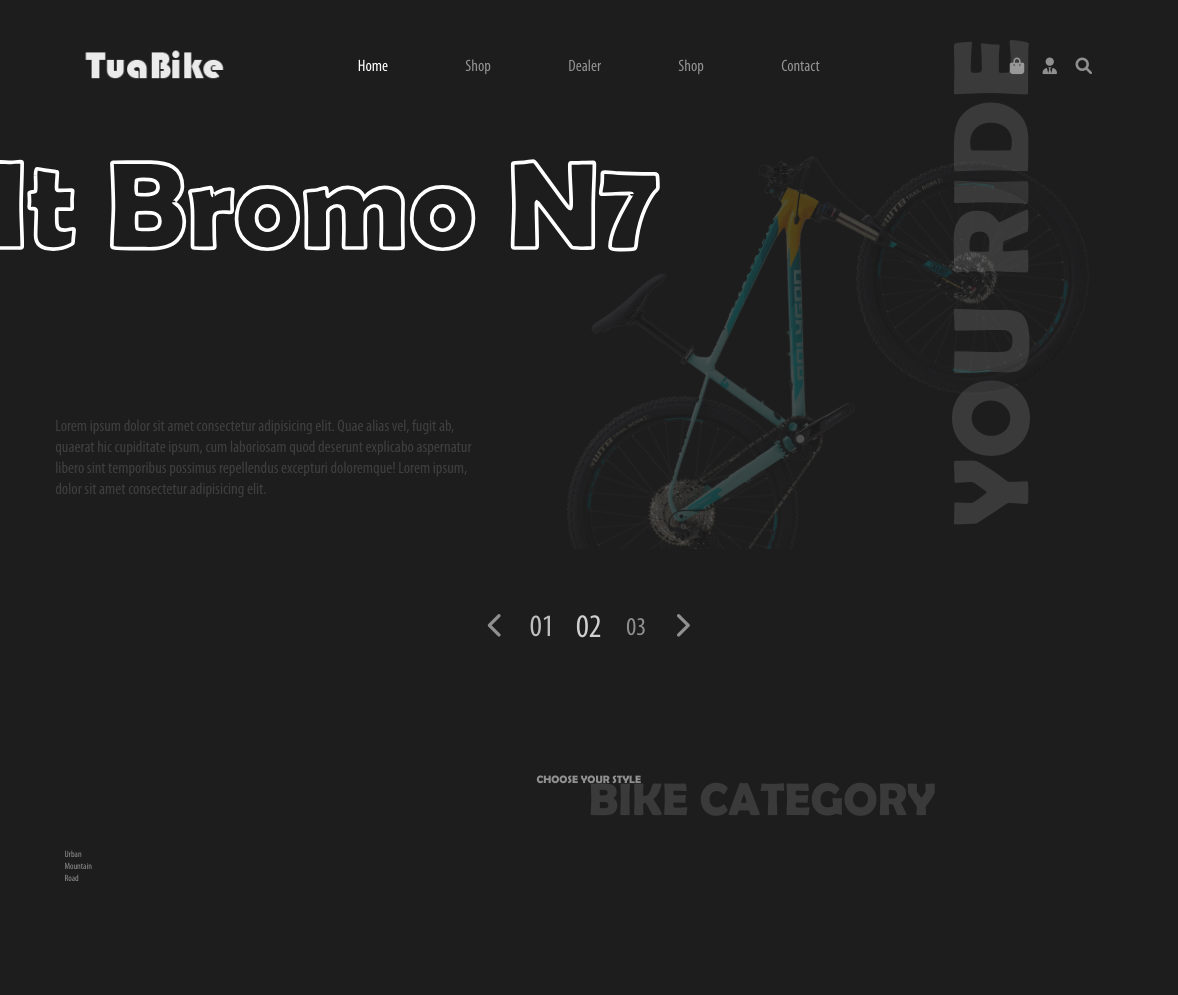
Repository: phamhuuloc/TourBike
Page: index.html
An editor plug-in stored every save of this project. The page is shown before and after the next save, followed by the edit.
The browser window is 1280 px wide. The pictures show the whole page, at 92% of full size.

Above is the page before, as saved 2021-11-06 09:48:47.

### index.html
<!DOCTYPE html>
<html lang="en">
  <head>
    <meta charset="UTF-8" />
    <meta http-equiv="X-UA-Compatible" content="IE=edge" />
    <meta name="viewport" content="width=device-width, initial-scale=1.0" />
    <title>Tour Bike</title>
    <!--  font awesome -->
    <link
      rel="stylesheet"
      href="https://cdnjs.cloudflare.com/ajax/libs/font-awesome/6.0.0-beta2/css/all.min.css"
      integrity="sha512-YWzhKL2whUzgiheMoBFwW8CKV4qpHQAEuvilg9FAn5VJUDwKZZxkJNuGM4XkWuk94WCrrwslk8yWNGmY1EduTA=="
      crossorigin="anonymous"
      referrerpolicy="no-referrer"
    />
    <!-- css -->
    <link rel="stylesheet" href="" />
    <link rel="stylesheet" href="./assets/css/main.css" />
  </head>
  <body>
    <!-- Header -->
    <header>
      <!-- logo -->
      <a href="" class="logo">
        <img src="./assets/images/TuaBike.png" alt="" />
      </a>
      <!-- menu -->
      <div class="main-menu-wrapper">
        <ul class="main-menu">
          <li class=""><a href="" class="active">home</a></li>
          <li><a href="">shop</a></li>
          <li><a href="">dealer</a></li>
          <li><a href="">shop</a></li>
          <li><a href="">contact</a></li>
        </ul>
      </div>
      <ul class="user-menu">
        <li>
          <a href="#"><i class="fas fa-shopping-bag"></i></a>
        </li>
        <li>
          <a href="#"><i class="fas fa-user-tie"></i></a>
        </li>
        <li>
          <a href=""><i class="fas fa-search"></i></a>
        </li>
      </ul>
    </header>
    <!-- banner -->
    <section class="banner">
      <div class="slide-container" id="slide">
        <!-- slide item -->
        <div class="slide-item">
          <!-- heading -->
          <div class="slide-heading">
            <!-- title -->
            <h2 class="slide-title">Polygon siskiu</h2>
            <!-- desc -->
            <p class="slide-desc">
              Lorem ipsum dolor sit amet consectetur adipisicing elit. Quae
              alias vel, fugit ab, quaerat hic cupiditate ipsum, cum laboriosam
              quod deserunt explicabo aspernatur libero sint temporibus possimus
              repellendus excepturi doloremque! Lorem ipsum, dolor sit amet
              consectetur adipisicing elit.
            </p>
            <!-- btn -->
            <div class="slide-btn">
              <a href="" class="slide-btn-link">By now</a>
            </div>
          </div>
          <!-- img -->
          <div class="slide-img">
            <img src="./assets/images/MTBROMO_N7_2022.png" alt="" />
          </div>
        </div>
        <!-- slide item -->
        <div class="slide-item">
          <!-- heading -->
          <div class="slide-heading">
            <!-- title -->
            <h2 class="slide-title">mt bromo n7</h2>
            <!-- desc -->
            <p class="slide-desc">
              Lorem ipsum dolor sit amet consectetur adipisicing elit. Quae
              alias vel, fugit ab, quaerat hic cupiditate ipsum, cum laboriosam
              quod deserunt explicabo aspernatur libero sint temporibus possimus
              repellendus excepturi doloremque! Lorem ipsum, dolor sit amet
              consectetur adipisicing elit.
            </p>
            <!-- btn -->
            <div class="slide-btn">
              <a href="" class="slide-btn-link">By now</a>
            </div>
          </div>
          <!-- img -->
          <div class="slide-img">
            <img src="./assets/images/6489548.png" alt="" />
          </div>
        </div>
        <!-- slide item -->
        <div class="slide-item">
          <!-- heading -->
          <div class="slide-heading">
            <!-- title -->
            <h2 class="slide-title">cascade mount</h2>
            <!-- desc -->
            <p class="slide-desc">
              Lorem ipsum dolor sit amet consectetur adipisicing elit. Quae
              alias vel, fugit ab, quaerat hic cupiditate ipsum, cum laboriosam
              quod deserunt explicabo aspernatur libero sint temporibus possimus
              repellendus excepturi doloremque! Lorem ipsum, dolor sit amet
              consectetur adipisicing elit.
            </p>
            <!-- btn -->
            <div class="slide-btn">
              <a href="" class="slide-btn-link">By now</a>
            </div>
          </div>
          <!-- img -->
          <div class="slide-img">
            <img src="./assets/images/b1.png" alt="" />
          </div>
        </div>
        <!-- background tittle -->
        <div class="slide-txt">you ride</div>
        <!-- slide control -->
        <ul class="slide-control">
          <li class="slide-prev"><i class="fas fa-chevron-left"></i></li>
          <li class="slide-control-item active">01</li>
          <li class="slide-control-item">02</li>
          <li class="slide-control-item">03</li>
          <li class="slide-next"><i class="fas fa-chevron-right"></i></li>
        </ul>
      </div>
    </section>
    <!-- category section -->
    <section class="section">
      <div class="section-title">
        <h3 class="second-title">Bike category</h3>
        <h3 class="main-title">choose your style</h3>
      </div>
      <div class="section-container">
        <div class="row">
          <div class="col-4">
            <div class="category-img">
              <div
                class="category-img-inner"
                style="
                  background-image: url(./assets/images/alvan-nee-EHILKZNmTuA-unsplash.jpg);
                "
              ></div>
              <div class="category-title">Urban</div>
            </div>
          </div>
          <div class="col-4">
            <div class="category-img">
              <div
                class="category-img-inner"
                style="
                  background-image: url(./assets/images/eberhard-grossgasteiger-8lDkmXnKo7s-unsplash.jpg);
                "
              ></div>
              <div class="category-title">Mountain</div>
            </div>
          </div>
          <div class="col-4">
            <div class="category-img">
              <div
                class="category-img-inner"
                style="
                  background-image: url(./assets/images/tom-austin-3L76b-LMyeI-unsplash.jpg);
                "
              ></div>
              <div class="category-title">Road</div>
            </div>
          </div>
        </div>
      </div>
    </section>
    <script src="./assets/js/main.js"></script>
  </body>
</html>

### assets/css/main.css
@font-face {
  font-family: MyriadProCondensed;
  src: url(../fonts/MyriadProCondensed/MyriadProCondensed.ttf);
}
@font-face {
  font-family: BerlinSansFBDemiBold;
  src: url(../fonts/BerlinSansFBDemiBold/BerlinSansFBDemiBold.ttf);
}
:root {
  --main-color: #1d1d1d;
  --second-color: #3a3a3a;
  --text-color: #bbbb;
  --text-white: #fff;

  --header-height: 144px;
  --header-padding: 93px;
}
* {
  padding: 0;
  margin: 0;
  box-sizing: border-box;
  user-select: none;
}
html {
  font-size: 62.5%;
  scroll-behavior: smooth;
}
ul {
  list-style: none;
}
a {
  text-decoration: none;
  color: var(--text-color);
}
img {
  max-width: 100%;
}
body {
  background-color: var(--main-color);
  color: var(--text-color);
  font-family: MyriadProCondensed, sans-serif;
  overflow-x: hidden;
}
/* header */
header {
  position: fixed;
  top: 0;
  left: 0;
  z-index: 99;
  width: 100%;
  height: var(--header-height);
  background-color: transparent;
  display: flex;
  align-items: center;
  justify-content: space-between;
  padding: 0 var(--header-padding);
  transition: height 0.3s ease;
}
header.shrink {
  height: 6rem;
  background-color: var(--second-color);
}
.main-menu-wrapper {
  position: absolute;
  inset: 0;
  display: flex;
  align-items: center;
  justify-content: center;
  pointer-events: none;
}
.main-menu {
  display: flex;
  pointer-events: visible;
}
.main-menu > li > a {
  text-transform: capitalize;
  font-size: 1.8rem;
  color: var(--text-color);
  transform: all 0.3s ease;
}
.main-menu > li > a.active {
  color: var(--text-white);
}
.main-menu > li ~ li {
  margin-left: 84px;
}
.main-menu > li > a:hover,
.user-menu > li > a:hover {
  transition: all 0.3s ease;
  color: var(--text-white);
}
.user-menu {
  display: flex;
  align-items: center;
  justify-content: center;
}
.user-menu > li > a > i {
  font-size: 1.8rem;
}
.user-menu > li ~ li {
  margin-left: 2rem;
}
/* banner */
.banner {
  position: relative;
  height: 100vh;
  padding-top: var(--header-height);
}
.slide-item {
  display: flex;
  height: 0;
  overflow: hidden;
}
.slide-item.active {
  height: 100%;
}
.slide-img {
  width: 58%;
  padding-right: 8rem;
  padding-top: 4rem;
  z-index: 1;
}
.slide-img img {
  width: 100%;
  transform: rotate(-70deg);
  opacity: 0;
  transition: transform 1s cubic-bezier(0.175, 0.885, 0.32, 1.275),
    opacity 0.6s ease 0s;
}
.slide-item.active .slide-img img {
  transform: rotate(0);
  opacity: 1;
}
.slide-heading {
  width: 42%;
  padding-left: 6rem;
}
.slide-title {
  width: max-content;
  font-size: 13.6rem;
  text-transform: capitalize;
  font-family: BerlinSansFBDemiBold;
  color: var(--text-white);
  -webkit-text-fill-color: transparent;
  -webkit-text-stroke-width: 4px;
  transform: translateX(-200px);
  transition: all 0.5s ease;
}
.slide-item.active .slide-title {
  transform: translateX(0);
}

.slide-desc,
.slide-btn {
  margin-top: 8.4rem;
}

.slide-desc {
  font-size: 1.8rem;
  transition: 0.3s;
}

.slide-btn {
  display: inline-block;
}
.slide-btn-link {
  font-size: 2rem;
  font-weight: 700;
  padding: 10px 50px;
  background-color: white;
  color: var(--main-color);
  cursor: pointer;
  text-transform: uppercase;
  transition: all 0.3s ease 0s;
}
.slide-item.active .slide-btn:hover {
  transition: all 0.2s ease;
  transform: translateY(-10px);
}
.slide-desc,
.slide-btn {
  transform: translateY(100px);
  opacity: 0;
  transition: transform 0.5s ease, opacity 0.5s ease;
}
.slide-btn {
  transition-delay: 0.2s;
}
.slide-item.active .slide-desc,
.slide-item.active .slide-btn {
  transform: translateY(0);
  opacity: 1;
}
.slide-txt {
  position: absolute;
  top: 240px;
  right: -60px;
  transform: rotate(-90deg);
  font-size: 11.75rem;
  font-family: BerlinSansFBDemiBold;
  color: var(--second-color);
  text-transform: uppercase;
}
.slide-control {
  position: absolute;
  left: 50%;
  bottom: 20px;
  transform: translateX(-50%);
  display: flex;
  align-items: center;
  justify-content: center;
}

.slide-control > li {
  font-size: 2.8rem;
  cursor: pointer;
  transition: all 0.3s ease;
}
.slide-control > li.active {
  transform: scale(1.5);
  color: var(--text-white);
}
.slide-control > li:hover {
  color: var(--text-white);
}
.slide-control > li ~ li {
  margin-left: 3rem;
}
/* section */
.section {
  padding: 12rem 0;
}
.section-container {
  padding: 7rem 7rem 0;
}
.section-title {
  font-family: BerlinSansFBDemiBold;
  text-align: center;
  position: relative;
}
.section-title > h3 {
  text-transform: uppercase;
}
.second-title {
  font-size: 5rem;
  color: var(--second-color);
  position: absolute;
  top: 0;
  left: 50%;
}

### assets/js/main.js
let banner_slide = document.querySelector("#slide");
let banner_slide_items = banner_slide.querySelectorAll(".slide-item");
let banner_slide_index = 0;
let banner_slide_play = true;
let banner_slide_control_items = banner_slide.querySelectorAll(
  ".slide-control-item"
);
let slide_prev = banner_slide.querySelector(".slide-prev");
let slide_next = banner_slide.querySelector(".slide-next");

showSlide = (index) => {
  banner_slide.querySelector(".slide-item.active").classList.remove("active");
  banner_slide_items[index].classList.add("active");

  banner_slide
    .querySelector(".slide-control-item.active")
    .classList.remove("active");
  banner_slide_control_items[index].classList.add("active");
};
nextSlide = () => {
  banner_slide_index =
    banner_slide_index + 1 === banner_slide_items.length
      ? 0
      : banner_slide_index + 1;
  showSlide(banner_slide_index);
};
prevSlide = () => {
  banner_slide_index =
    banner_slide_index - 1 < 0
      ? banner_slide_items.length - 1
      : banner_slide_index - 1;
  showSlide(banner_slide_index);
};
slide_next.addEventListener("click", () => nextSlide());
slide_prev.addEventListener("click", () => prevSlide());
// add event to slide select
banner_slide_control_items.forEach((item, index) => {
  item.addEventListener("click", () => showSlide(index));
});
// pause slide when mouse come in slider
banner_slide.addEventListener("mouseover", () => (banner_slide_play = false));
// resume slide  when mouse log out slider
banner_slide.addEventListener("mouseleave", () => (banner_slide_play = true));
setTimeout(() => {
  banner_slide_items[0].classList.add("active");
}, 200);

// auto next slide
setInterval(() => {
  if (!banner_slide_play) return;
  nextSlide();
}, 5000);

After the next save:
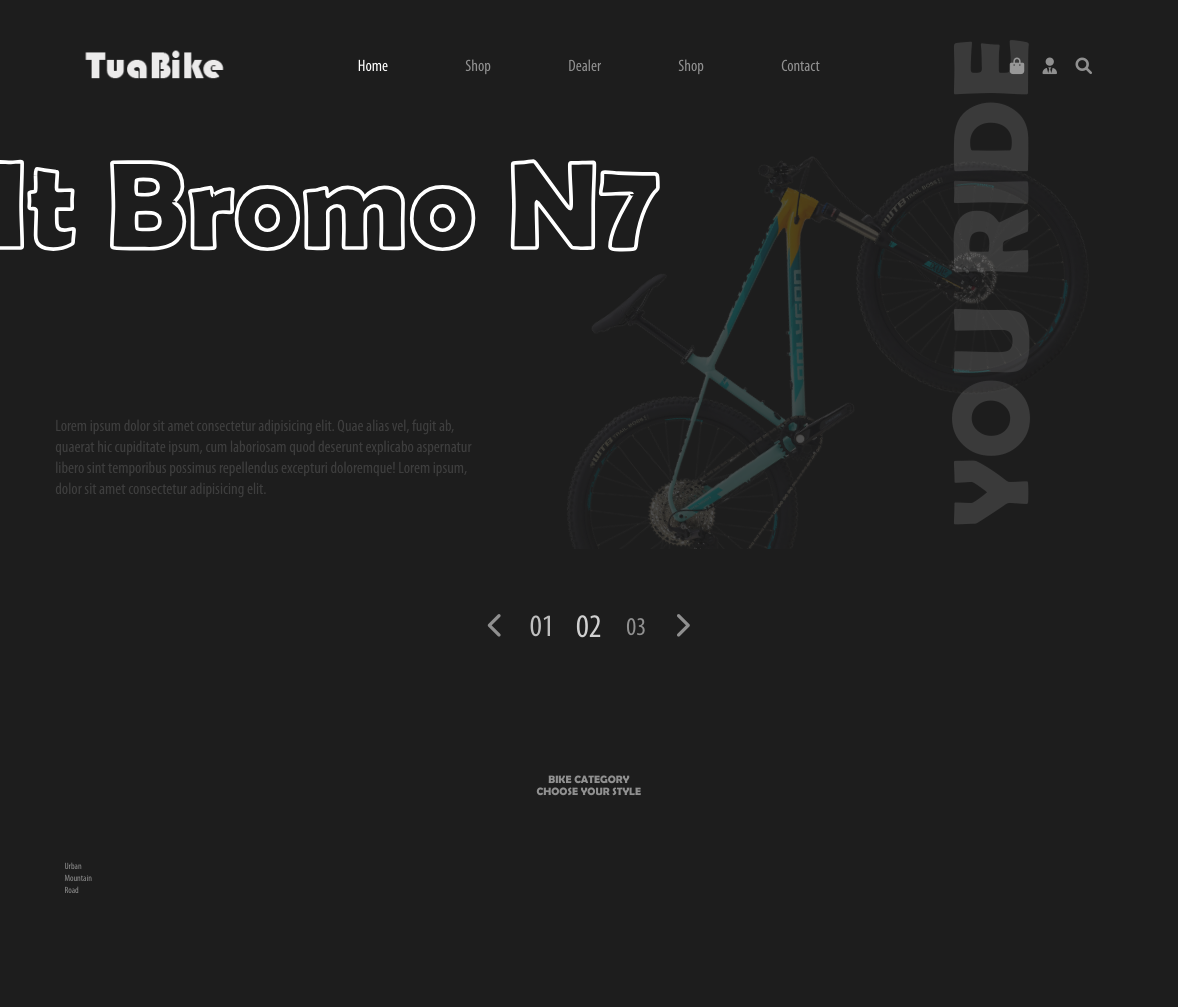
Saved 52 s later.
--- a/assets/css/main.css
+++ b/assets/css/main.css
@@ -241,10 +241,10 @@
 .section-title > h3 {
   text-transform: uppercase;
 }
-.second-title {
+/* .second-title {
   font-size: 5rem;
   color: var(--second-color);
   position: absolute;
   top: 0;
   left: 50%;
-}
+} */

After the save that followed:
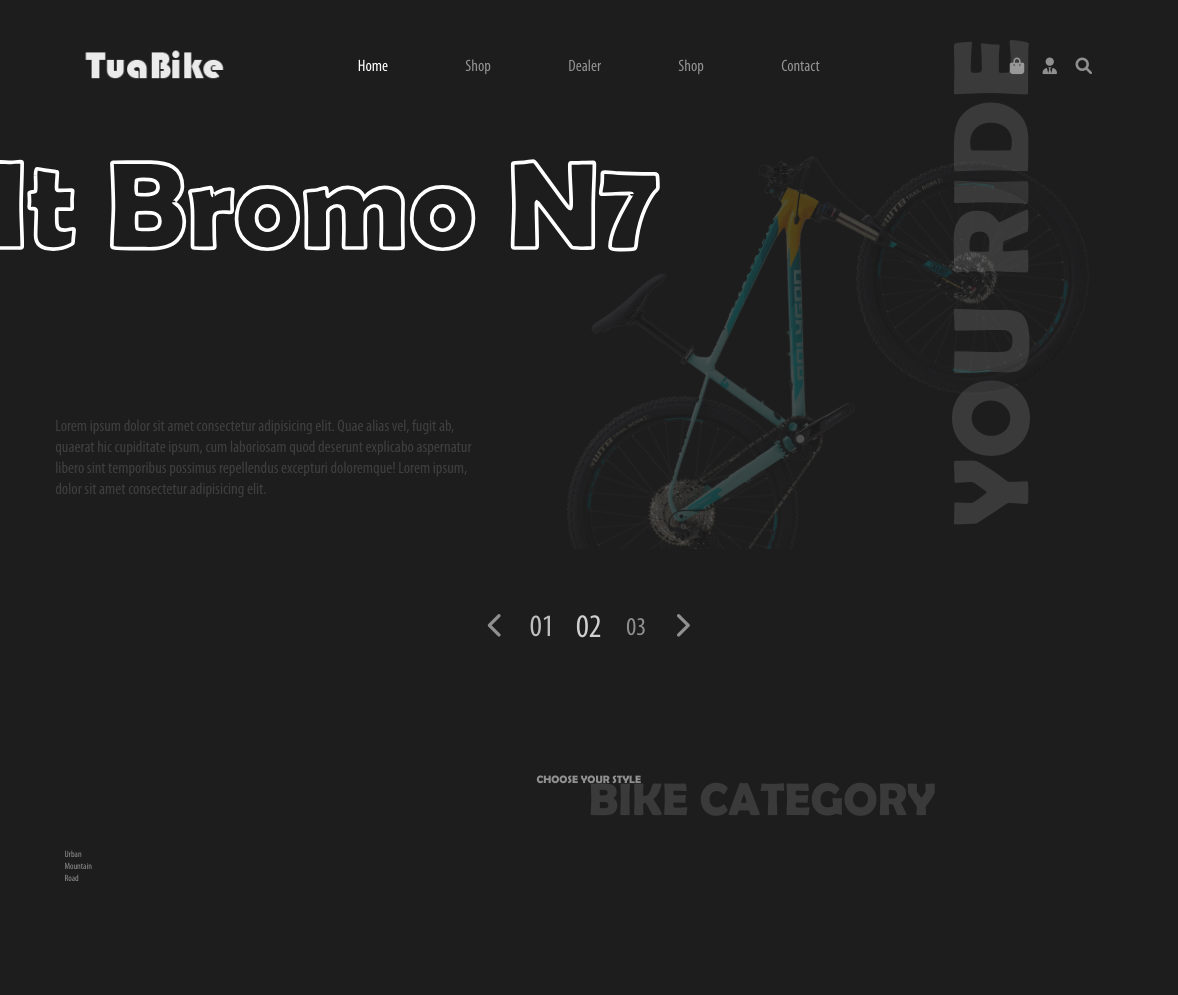
Saved 7 s later.
--- a/assets/css/main.css
+++ b/assets/css/main.css
@@ -241,10 +241,10 @@
 .section-title > h3 {
   text-transform: uppercase;
 }
-/* .second-title {
+.second-title {
   font-size: 5rem;
   color: var(--second-color);
   position: absolute;
   top: 0;
   left: 50%;
-} */
+}
